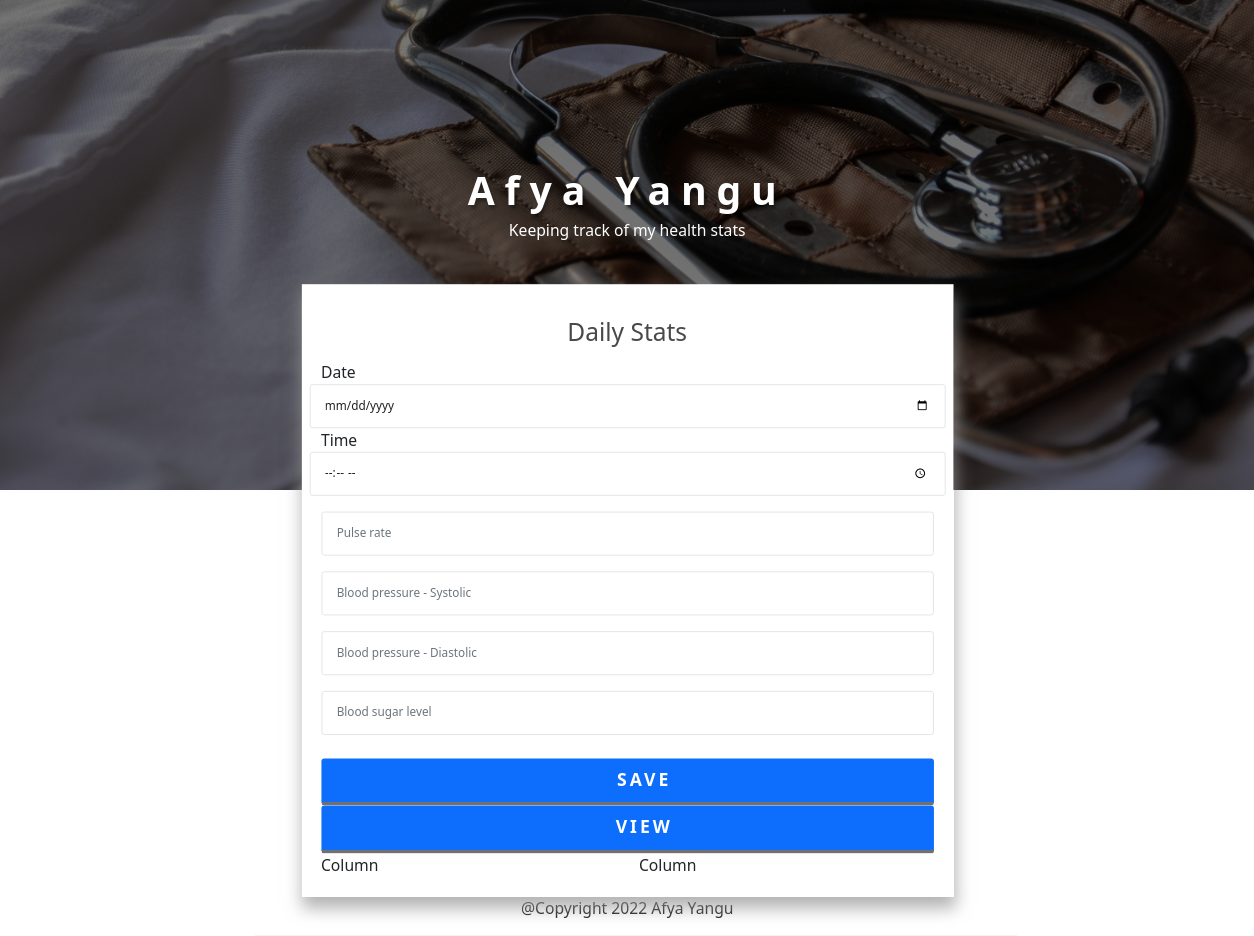
Repository: nashthecoder/afya_yangu
Page: /
An editor plug-in stored every save of this project. The page is shown before and after a run of saves, followed by the edit.
The browser window is 1280 px wide. The pictures show the whole page, at 98% of full size.
The project was rebuilt for these pictures with package versions that can differ from the ones it lists, and the page was loaded fresh each time.

Above is the page before, as saved 2022-02-27 15:55:44.

After the next 2 saves:
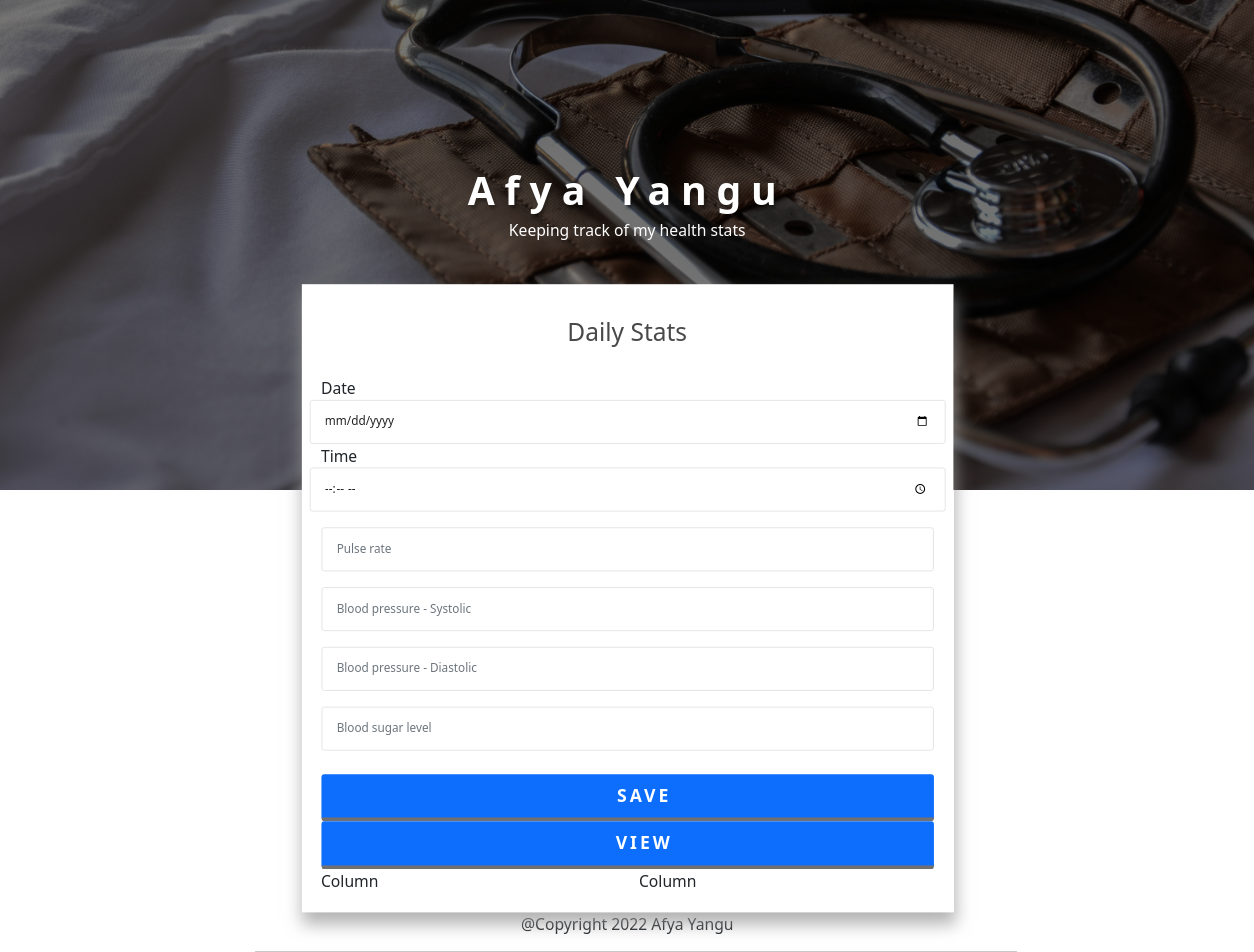
The 2 saves are shown as one change because they came seconds apart.
The last was saved 64 s later.
--- a/src/components/Form.js
+++ b/src/components/Form.js
@@ -13,7 +13,7 @@
                                 <p className="main-form-text">Daily Stats</p>
                             </div>
                             <form>
-                            <div class="container">
+                            <div class="container mt-3">
                                 <div class="row row-cols-2">
                                     <div class="col">Date</div>
                                     <input

After the save that followed:
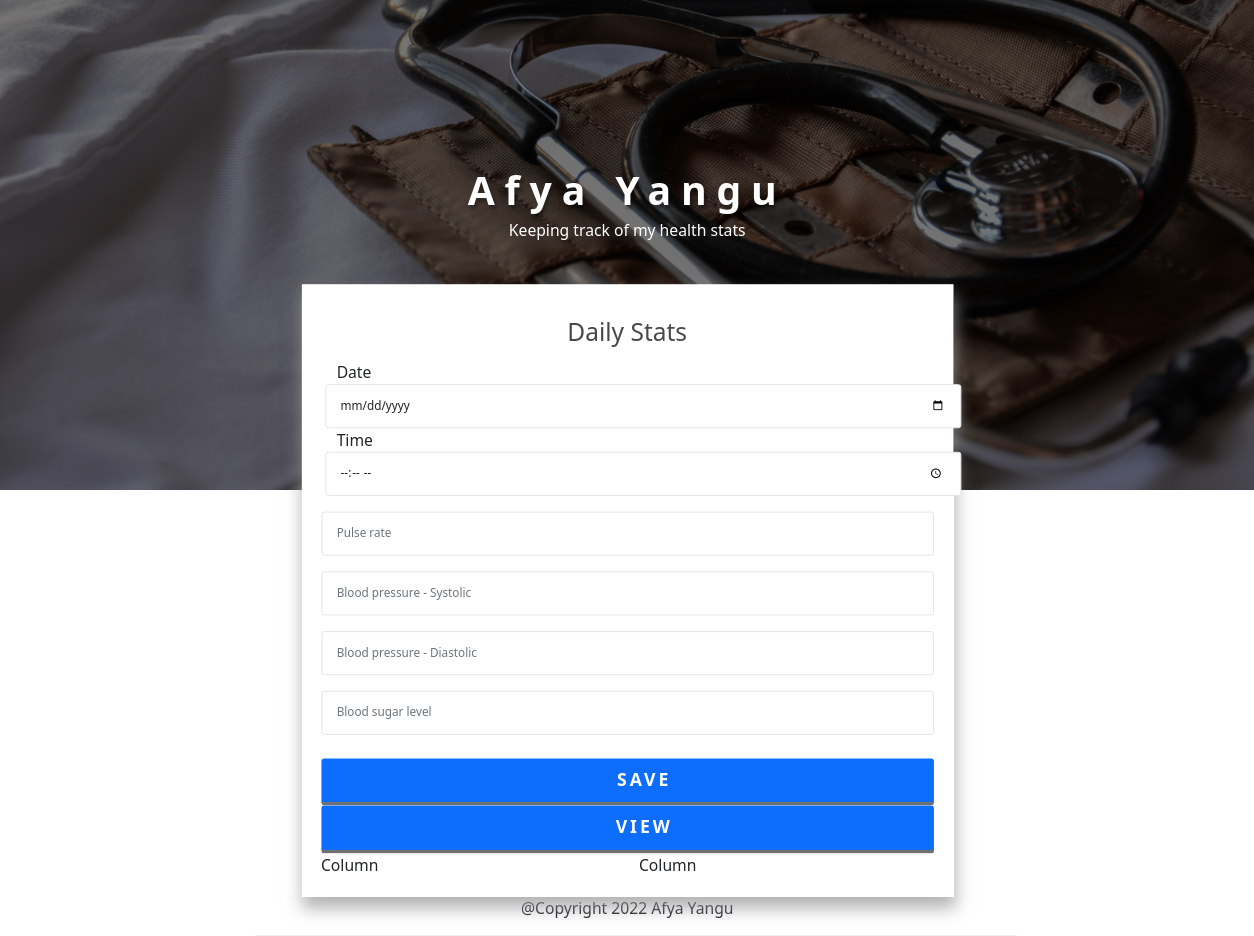
Saved 14 s later.
--- a/src/components/Form.js
+++ b/src/components/Form.js
@@ -13,7 +13,7 @@
                                 <p className="main-form-text">Daily Stats</p>
                             </div>
                             <form>
-                            <div class="container mt-3">
+                            <div class="container ms-3">
                                 <div class="row row-cols-2">
                                     <div class="col">Date</div>
                                     <input
